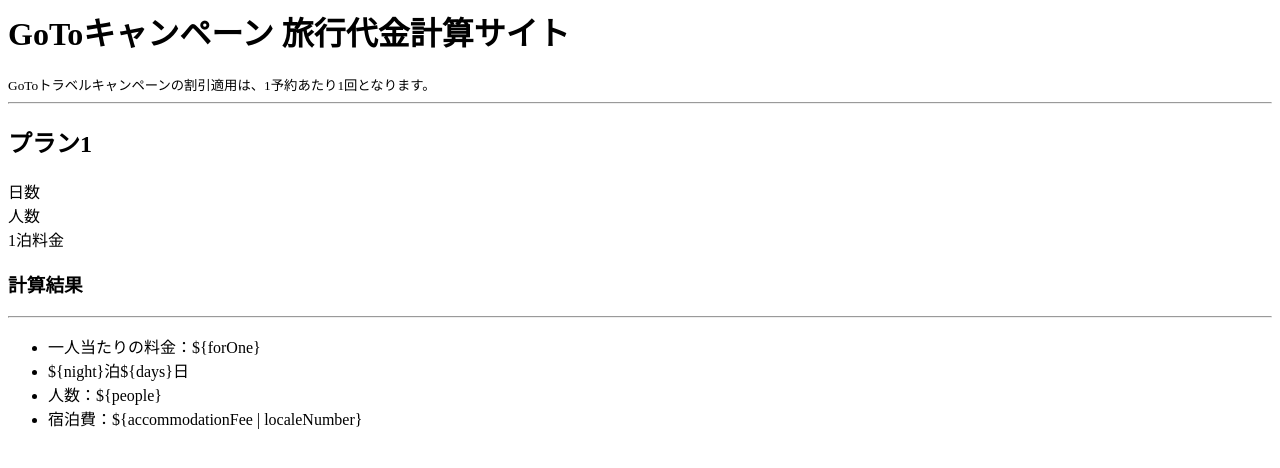
Repository: Ischca/ischca.github.io
Page: src/my-app.html
An editor plug-in stored every save of this project. The page is shown before and after the next save, followed by the edit.
The browser window is 1280 px wide. The pictures show the whole page.

Above is the page before, as saved 2020-10-02 16:36:03.

### src/my-app.html
<div class="container">

    <div class="row">
        <h1 class="text-center">GoToキャンペーン 旅行代金計算サイト</h1>
    </div>

    <div class="text-center">
        <small class="text-danger">
            GoToトラベルキャンペーンの割引適用は、1予約あたり1回となります。
        </small>
    </div>

    <hr />

    <div class="row justify-content-center mb-3">
        <h2 class="col-sm-auto">プラン1</h2>
    </div>

    <div class="row">
        <label for="staticEmail" class="offset-sm-4 col-sm-1 col-form-label font-weight-bold">日数</label>
        <div class="col-sm-2">
            <num-selector num.bind="night" suffix.bind="'泊'"></num-selector>
        </div>

        <div class="col-sm-2">
            <num-selector num.bind="days" suffix.bind="'日'"></num-selector>
        </div>
    </div>

    <div class="row">
        <label for="staticEmail" class="offset-sm-4 col-sm-1 col-form-label font-weight-bold">人数</label>
        <div class="col-sm-2">
            <num-selector num.bind="people" max.bind="100" suffix.bind="'人'"></num-selector>
        </div>
    </div>

    <div class="row">
        <label for="staticEmail" class="offset-sm-4 col-sm-1 col-form-label font-weight-bold">1泊料金</label>
        <div class="col-sm-2">
            <num-selector num.bind="accommodationFee" max.bind="10000000" suffix.bind="'円'"></num-selector>
        </div>
    </div>

    <!-- <div class="row">
        <label for="staticEmail" class="offset-sm-4 col-sm-1 col-form-label font-weight-bold">交通費</label>
        <div class="col-sm-2">
            <num-selector num.bind="transportFee" max.bind="10000000" suffix.bind="'円'"></num-selector>
        </div>
    </div> -->

    <h3 class="text-center mt-3">計算結果</h3>
    <hr/>

    <div id="result" class="text-center">
        <ul class="list-group list-group-flush">
            <li class="list-group-item">
                一人当たりの料金：${forOne}
            </li>
            <li class="list-group-item">
                ${night}泊${days}日
            </li>
            <li class="list-group-item">
                人数：${people}
            </li>
            <li class="list-group-item">
                宿泊費：${accommodationFee | localeNumber}
            </li>
            <!-- <li class="list-group-item">
                交通費：${transportFee | localeNumber}
            </li> -->
        </ul>
    </div>
</div>

After the next save:
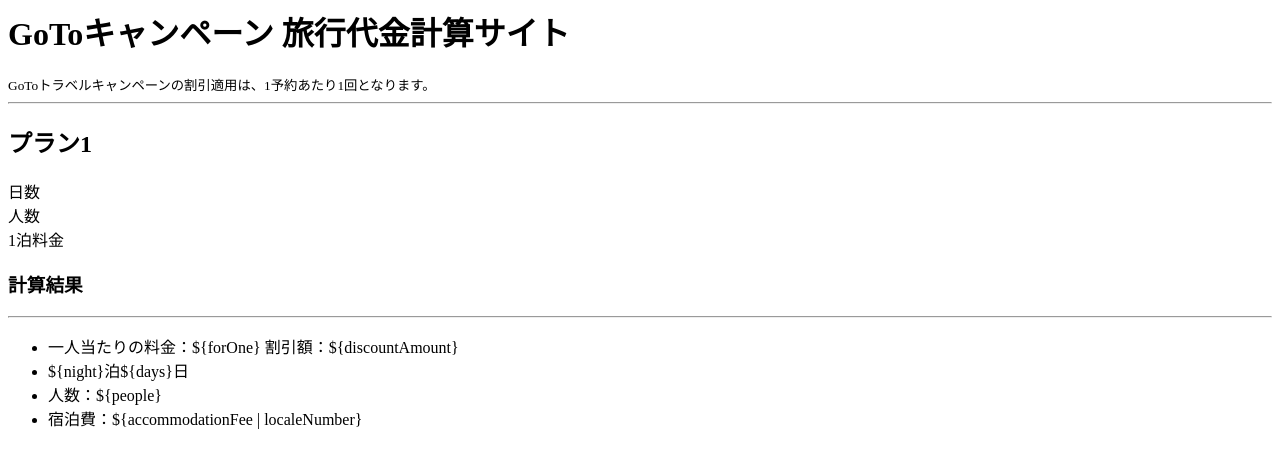
Saved 4 min 7 s later.
--- a/src/my-app.html
+++ b/src/my-app.html
@@ -55,6 +55,7 @@
         <ul class="list-group list-group-flush">
             <li class="list-group-item">
                 一人当たりの料金：${forOne}
+                割引額：${discountAmount}
             </li>
             <li class="list-group-item">
                 ${night}泊${days}日
